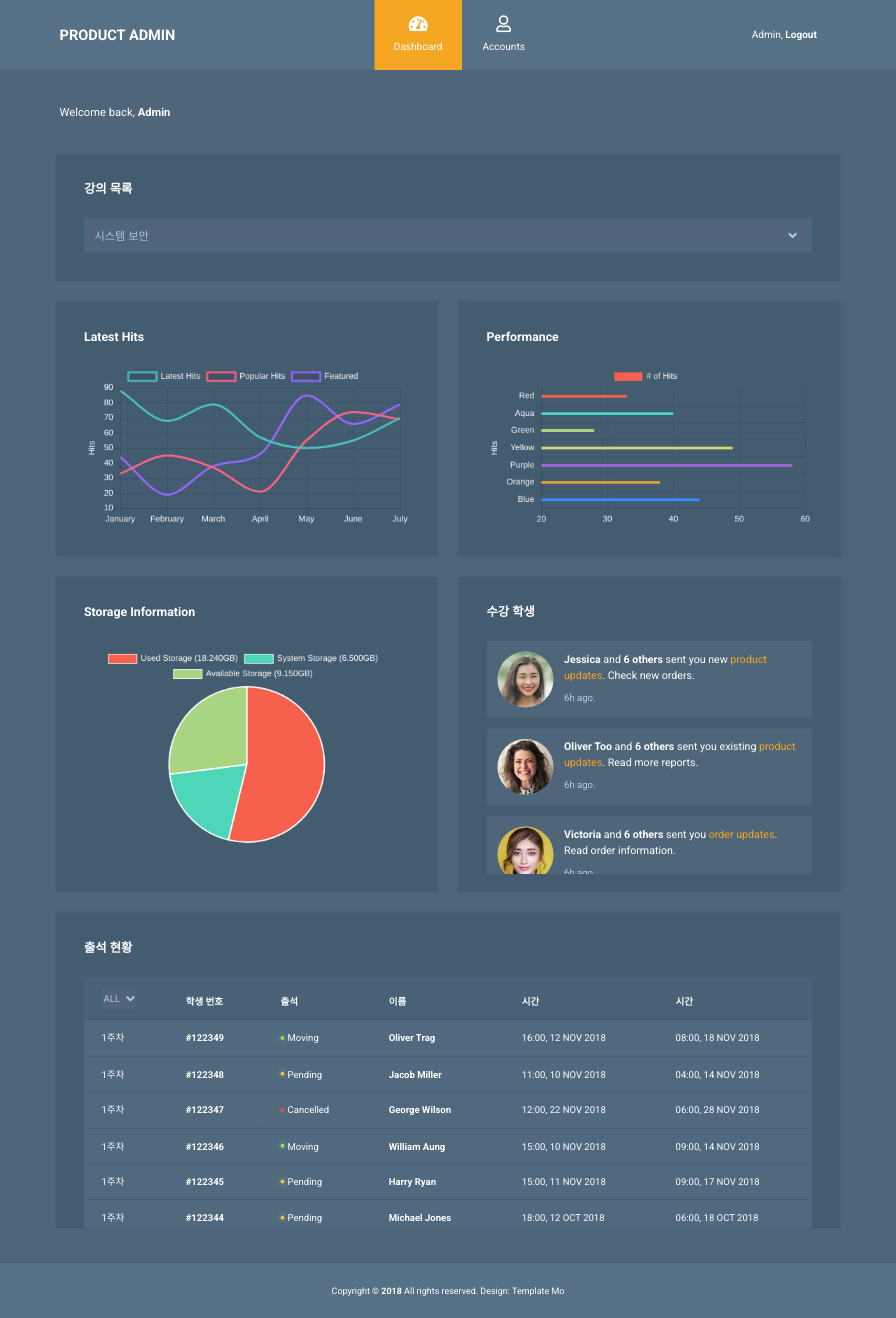
Repository: YJ-S2/2019-FaceAPI
Page: test1-master/web/123/WebContent/web1.html
The author's editor kept a copy of each file at every save. The page is drawn from the files as they stood at one save, then again after the next save.
The browser window is 1280 px wide. The pictures show the whole page, at 70% of full size.
An inner scrolling area shows only its first screen.

Above is the page before, as saved 2019-08-07 06:17:42.

After the next save:
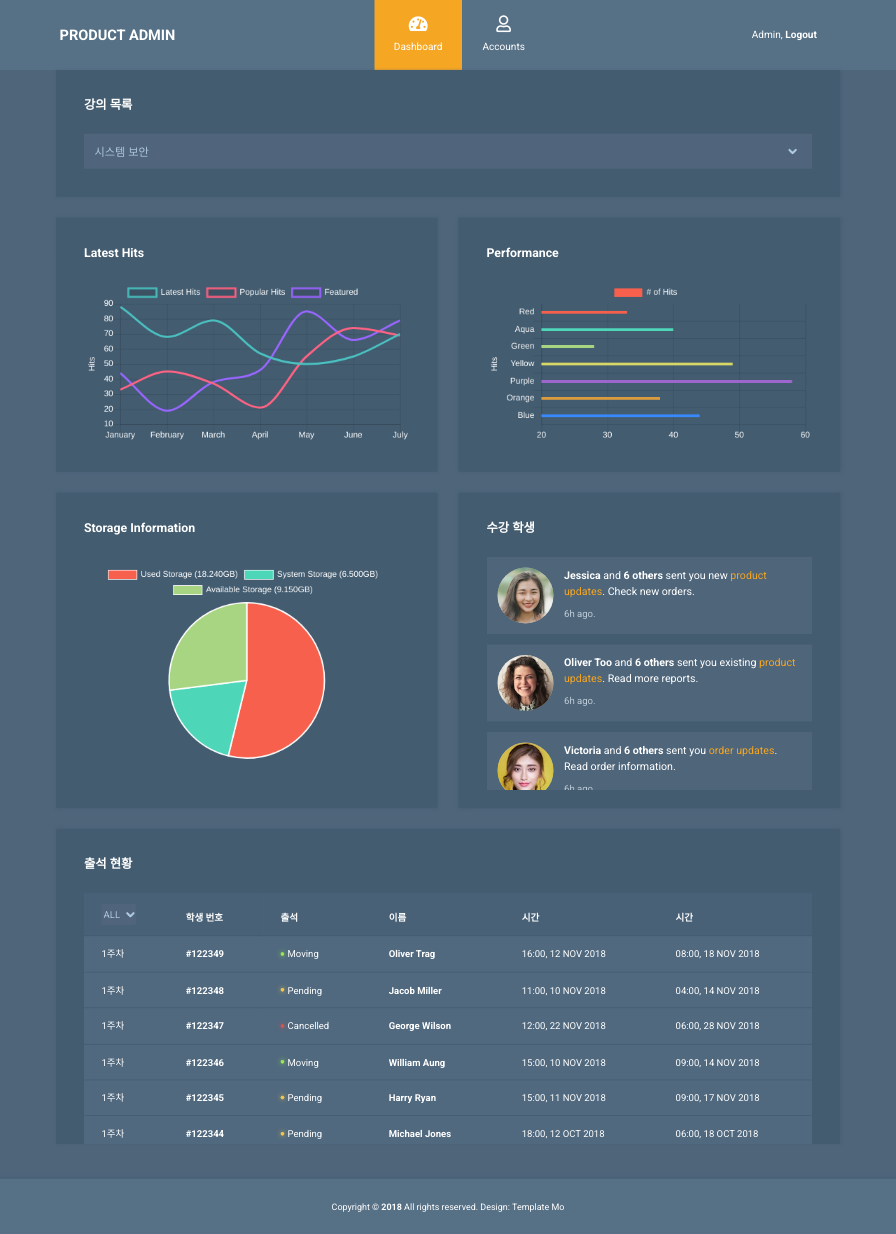
Saved 28 s later.
--- a/test1-master/web/123/WebContent/web1.html
+++ b/test1-master/web/123/WebContent/web1.html
@@ -80,11 +80,6 @@
 
         </nav>
         <div class="container">
-            <div class="row">
-                <div class="col">
-                    <p class="text-white mt-5 mb-5">Welcome back, <b>Admin</b></p>
-                </div>
-            </div>
             <div class="row tm-content-row">
 		          <div class="col-12 tm-block-col">
 		            <div class="tm-bg-primary-dark tm-block tm-block-h-auto">
